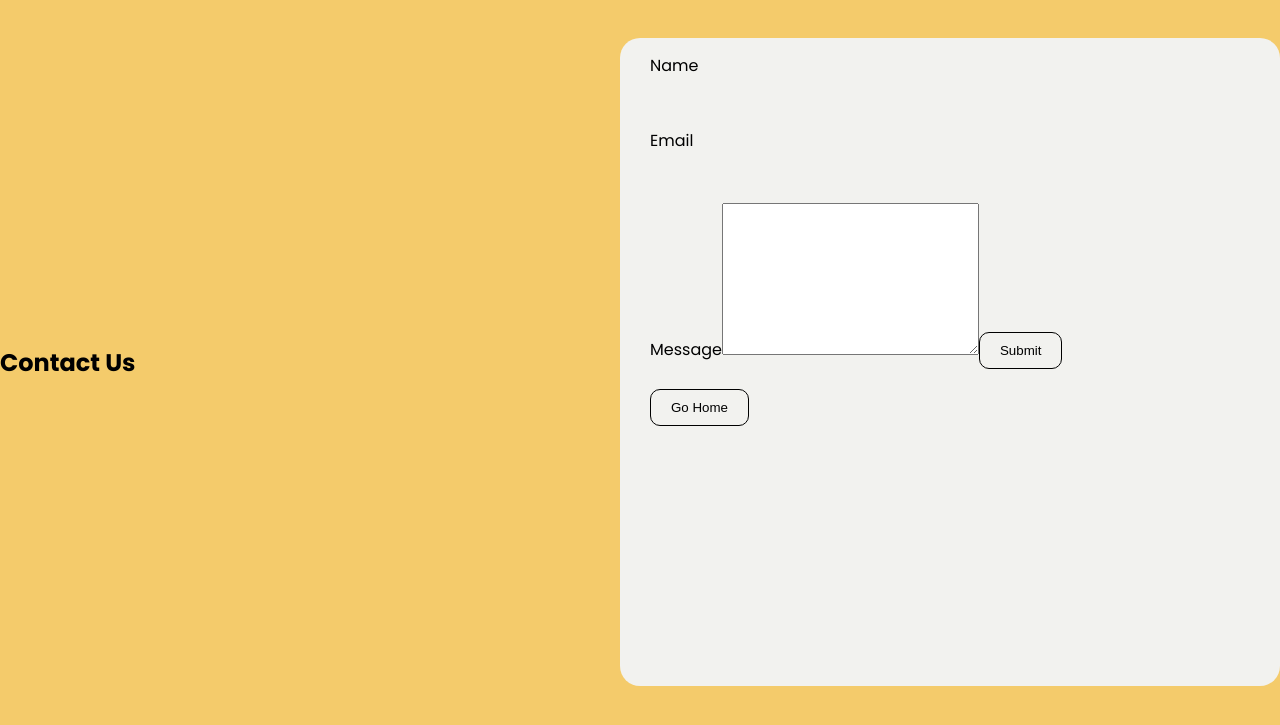
Repository: ble-syn/Random-user-generator-app
Page: /contact
These files come from the project's save history. The page is drawn as it stood at one moment and after the next save; the edit follows.
The browser window is 1280 px wide. The pictures show the whole page.
The project was rebuilt for these pictures with package versions that can differ from the ones it lists, and the page was loaded fresh each time. Also part of the build but not shown: src/components/Navbar.jsx, src/components/pagination.jsx, src/components/ErrorFallback.jsx, src/components/User.jsx, src/pages/Home.jsx, src/pages/About.jsx, src/pages/Vision.jsx, src/pages/Mission.jsx and 1 more.

Above is the page before, as saved 2022-10-28 19:11:00.

After the next save:
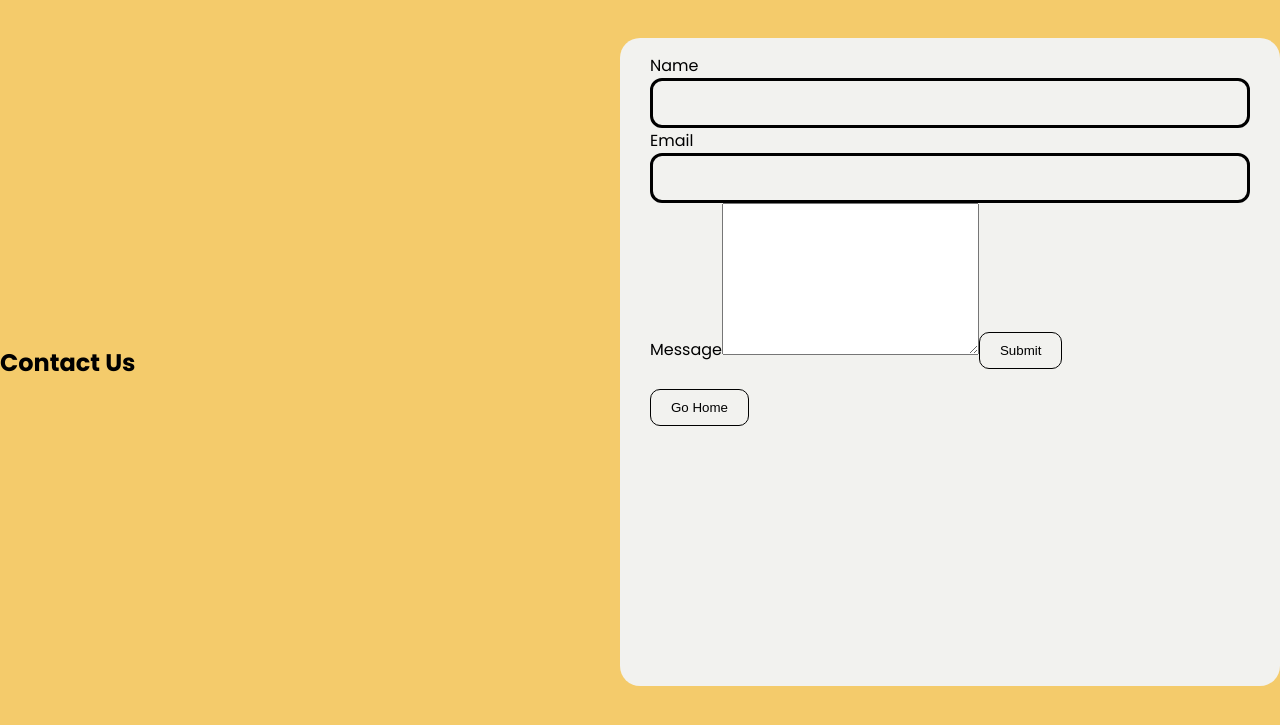
Saved 2 min 7 s later.
--- a/src/index.css
+++ b/src/index.css
@@ -22,9 +22,7 @@ button {
   border-radius: 10px;
   border: 1px solid black;
 }
-input {
-  border: 1px solid black;
-}
+
 .container {
   width: 100%;
   max-width: 1300px;
@@ -183,3 +181,6 @@ background-color: #8DCC50;
 .notfound img{
   height: 200px;
 }
+input {
+  border: 3px solid black;
+}
